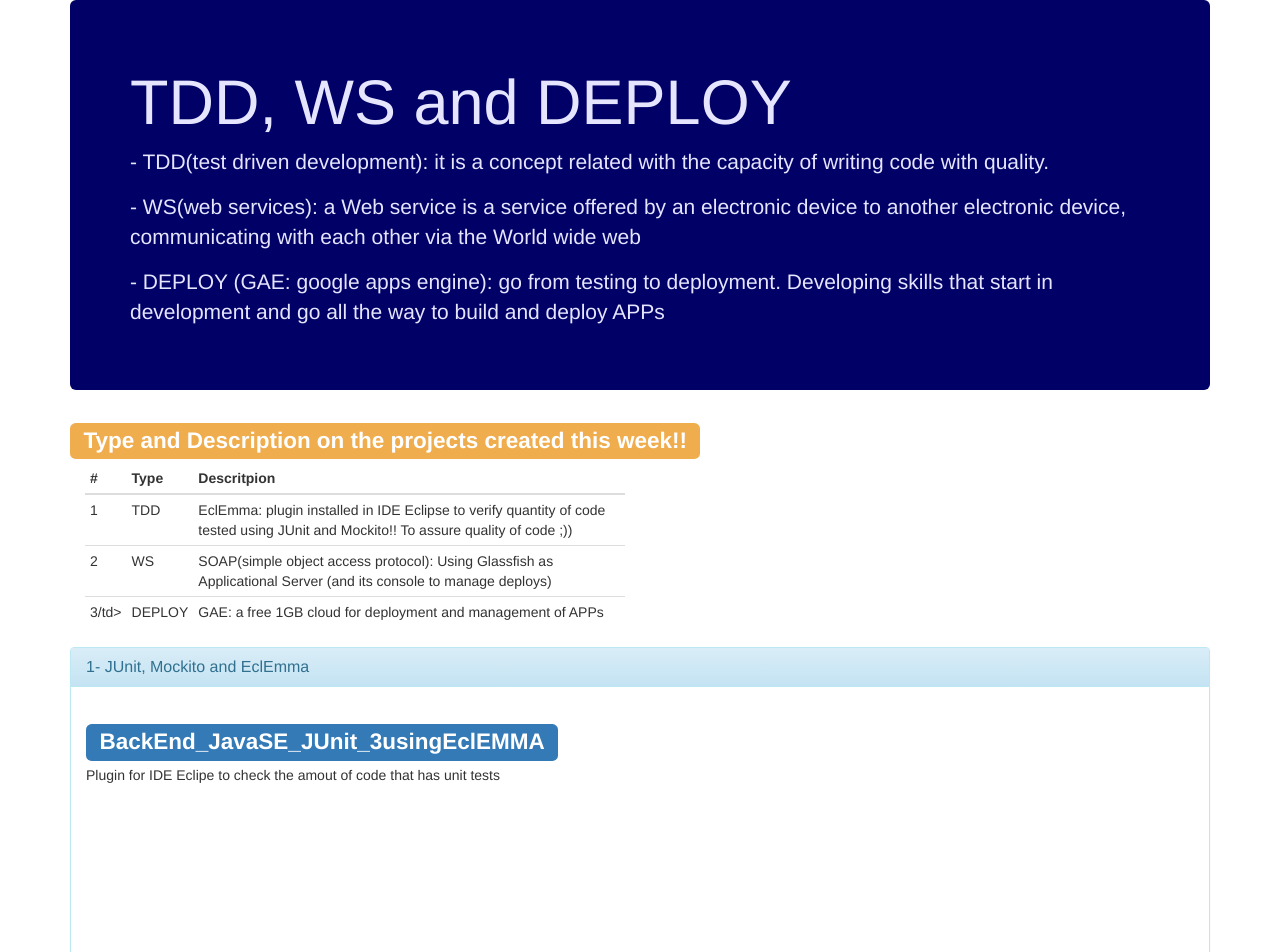
Repository: atafs/Deploy_GoogleAppEngine_webAPPS
Page: Project_001_Deploy_americotomasLIB/war/index.html
An editor plug-in stored every save of this project. The page is shown before and after the next save, followed by the edit.
The browser window is 1280 px wide. The pictures show the part of the page from y = 0 to 952 px (the page is 3367 px tall).
Pictures or frames that could not be fetched are drawn as grey boxes.

Above is the page before, as saved 2016-01-28 12:20:26.
Console error (its wording comes from the project's code and is left out).

After the next save:
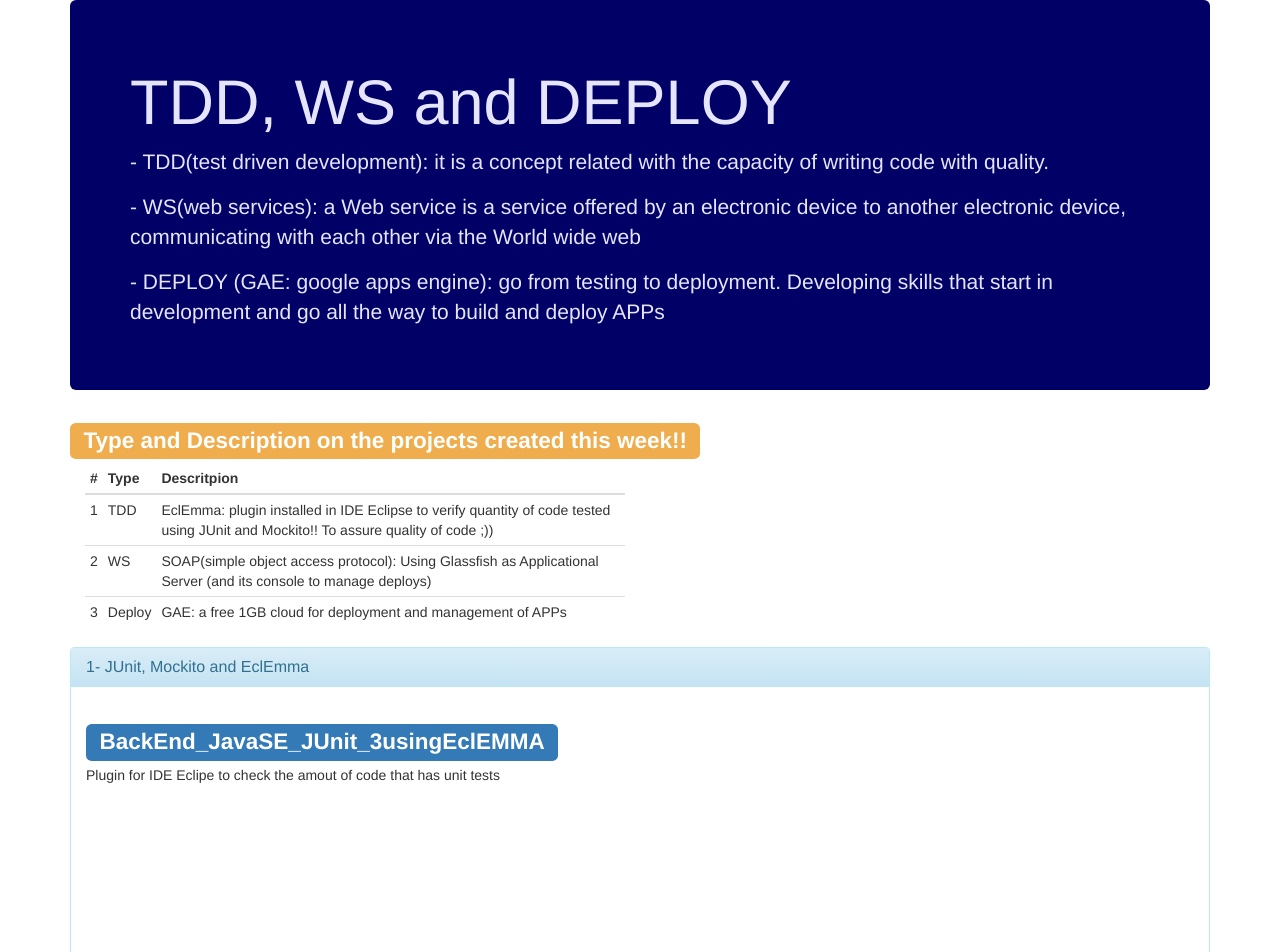
Saved 40 s later.
--- a/Project_001_Deploy_americotomasLIB/war/index.html
+++ b/Project_001_Deploy_americotomasLIB/war/index.html
@@ -47,8 +47,8 @@
 						<td>SOAP(simple object access protocol): Using Glassfish as Applicational Server (and its console to manage deploys)</td>
 					</tr>
 					<tr>
-						<td>3/td>
-						<td>DEPLOY</td>
+						<td>3</td>
+						<td>Deploy</td>
 						<td>GAE: a free 1GB cloud for deployment and management of APPs</td>
 					</tr>
 				</tbody>
